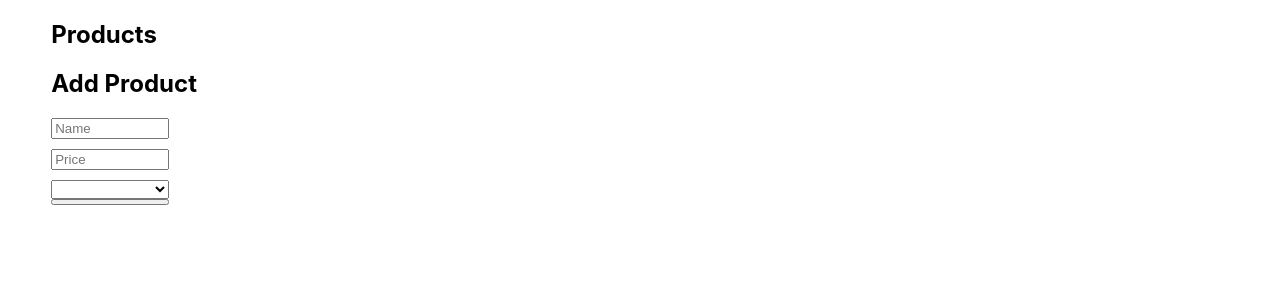
Repository: zcoderboy/redux-workout
Page: /
An editor plug-in stored every save of this project. The page is shown before and after the next save, followed by the edit.
The browser window is 1280 px wide. The pictures show the whole page.
The project was rebuilt for these pictures with package versions that can differ from the ones it lists, and the page was loaded fresh each time. Also part of the build but not shown: src/Product.js.

Above is the page before, as saved 2020-08-17 15:34:31.

### src/index.js
import React from 'react';
import ReactDOM from 'react-dom';
import './index.css';
import App from './App';
import * as serviceWorker from './serviceWorker';
import reducer from './reducers'
import {createStore} from 'redux'
import {Provider} from 'react-redux'

const store = createStore(reducer,window.__REDUX_DEVTOOLS_EXTENSION__ && window.__REDUX_DEVTOOLS_EXTENSION__())

ReactDOM.render(
  <Provider store={store}>
    <React.StrictMode>
      <App />
    </React.StrictMode>
  </Provider>,
  document.getElementById('root')
);

// If you want your app to work offline and load faster, you can change
// unregister() to register() below. Note this comes with some pitfalls.
// Learn more about service workers: https://bit.ly/CRA-PWA
serviceWorker.unregister();

### src/App.js
import React from 'react';
import './App.css';
import ProductListContainer from './containers/ProductListContainer';
import ProductAddContainer from './containers/ProductAddContainer';

function App() {
  return (
    <div className="App">
      <ProductListContainer/>
      <ProductAddContainer/>
    </div>
  );
}

export default App;

### src/reducers/index.js
import {combineReducers} from 'redux'
import cart from './CartReducer'
import products from './ProductReducer'
import categories from './CategoryReducer'

export default combineReducers({
  cart,
  products,
  categories
})

### src/App.css
.App {
  padding: 0 4vw;
}

.App-logo {
  height: 40vmin;
  pointer-events: none;
}

@media (prefers-reduced-motion: no-preference) {
  .App-logo {
    animation: App-logo-spin infinite 20s linear;
  }
}

.App-header {
  background-color: #282c34;
  min-height: 100vh;
  display: flex;
  flex-direction: column;
  align-items: center;
  justify-content: center;
  font-size: calc(10px + 2vmin);
  color: white;
}

.App-link {
  color: #61dafb;
}

@keyframes App-logo-spin {
  from {
    transform: rotate(0deg);
  }
  to {
    transform: rotate(360deg);
  }
}

### src/containers/ProductListContainer.js
import {connect} from 'react-redux'
import ProductList from '../ProductList'

const mapStateToProps = (state) => {
  return {
    products: Object.keys(state.products)
  }
}

export default connect(mapStateToProps,null)(ProductList)

### src/containers/ProductAddContainer.js
import {connect} from 'react-redux'
import ProductAdd from '../ProductAdd'

const mapStateToProps = (state) => {
  return {
    keys: Object.keys(state.categories),
    categories: state.categories
  }
}

const mapDispatchToProps = (dispatch) => {
  return{
    addProduct: (product) => {
      product.id = Date.now()
      dispatch({
        type: 'ADD_PRODUCT',
        payload: product
      })
    }
  }
}

export default connect(mapStateToProps,mapDispatchToProps)(ProductAdd)

### src/reducers/CartReducer.js

const cart = (cart = [], action) => {
  return cart;
}

export default cart

### src/reducers/ProductReducer.js
import normalizedData from '../normalizedState'

const products = (products = normalizedData.entities.products, action) => {
  return products
}

export default products

### src/reducers/CategoryReducer.js
import normalizedData from '../normalizedState'

const categories = (categories = normalizedData.entities.categories, action) => {
  return categories
}

export default categories

### src/ProductList.js
import React from 'react'
import ProductContainer from './containers/ProductContainer'

const ProductList = ({products}) => {
  return (
    <div>
      <h2>Products</h2>
      {
        products.map(product => (
          <ProductContainer key={product} productId={product}/>
        ))
      }
    </div>
  )
}

export default ProductList

### src/ProductAdd.js
import React,{useReducer} from 'react'

const defaultState = {
    name: '',
    price: '',
    category: ''
}
const formReducer = (state, action) => {
  if(action.type === "UPDATE_STATE"){
    return {
      state,
      ...action.payload
    }
  }
  return state
}

const ProductAdd = ({keys,categories,addProduct}) => {
  const [state,dispatch] = useReducer(formReducer,defaultState)

  const handleChange = (event) => {
    dispatch({
      type: 'UPDATE_STATE',
      payload: {
        [event.target.name] : event.target.value
      }
    })
  }

  return (
    <>
      <h2>Add Product</h2>
      <form onSubmit={()=>console.log(state)}style={{
        display: "flex",
        flexDirection: "column",
        width: "10%"
      }}>
        <input style={{
          marginBottom: "10px"
        }} type="text" name="name" placeholder="Name" onChange={ (event) => handleChange(event) }></input>
        <input style={{
          marginBottom: "10px"
        }} type="number" name="price" placeholder="Price" onChange={ (event) => handleChange(event) }></input>
        <select name="category" onChange={ (event) => handleChange(event) }>
          {
            keys.map(key=>{
              return(
                <option value={key}>{categories[key].name}</option>
              )
            })
          }
        </select>
        <button type="submit" value="Add"></button>
      </form>
    </>
  )
}

export default ProductAdd

### src/normalizedState.js
import {schema, normalize} from 'normalizr'
import defaultState from './products.json'

const category = new schema.Entity('categories')

const product = new schema.Entity('products', {
  category: category
})

const normalizedData = normalize(defaultState.products,[product])

export default normalizedData

### src/containers/ProductContainer.js
import { connect } from 'react-redux'
import Product from '../Product'

const mapStateToProps = (state,ownProps) =>{
  return{
    product: state.products[ownProps.productId]
  }
}

export default connect(mapStateToProps,null)(Product)

### src/products.json
{
  "products": [
    {
      "id": "3562143125784682734",
      "name": "Amiri Jeans",
      "price": "345 $",
      "category": {
        "id": "2135412642837212401",
        "name": "Pants"
      }
    },
    {
      "id": "5562143125784682734",
      "name": "Cactus Jack's Jordan 7",
      "price": "145 $",
      "category": {
        "id": "5135412642837212401",
        "name": "Shoes"
      }
    }
  ]
}

Loaded but not shown: public/index.html (common file); src/index.css (common file); src/serviceWorker.js (common file)

After the next save:
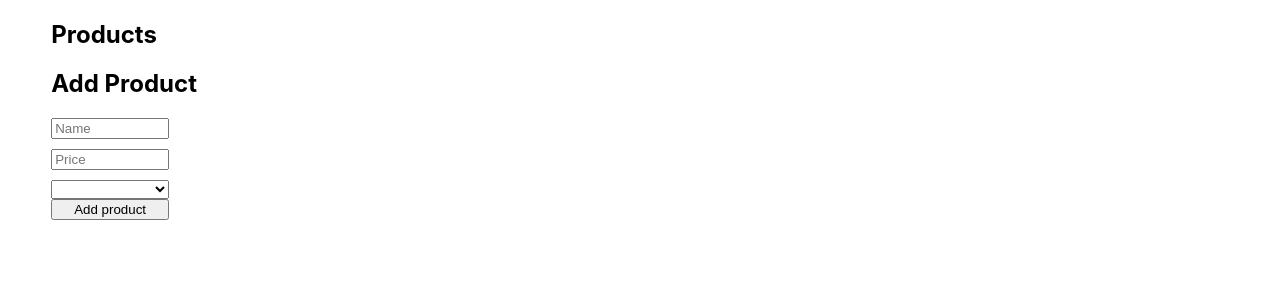
Saved 11 s later.
--- a/src/ProductAdd.js
+++ b/src/ProductAdd.js
@@ -50,7 +50,7 @@ const ProductAdd = ({keys,categories,addProduct}) => {
             })
           }
         </select>
-        <button type="submit" value="Add"></button>
+        <button type="submit" value="Add">Add product</button>
       </form>
     </>
   )
